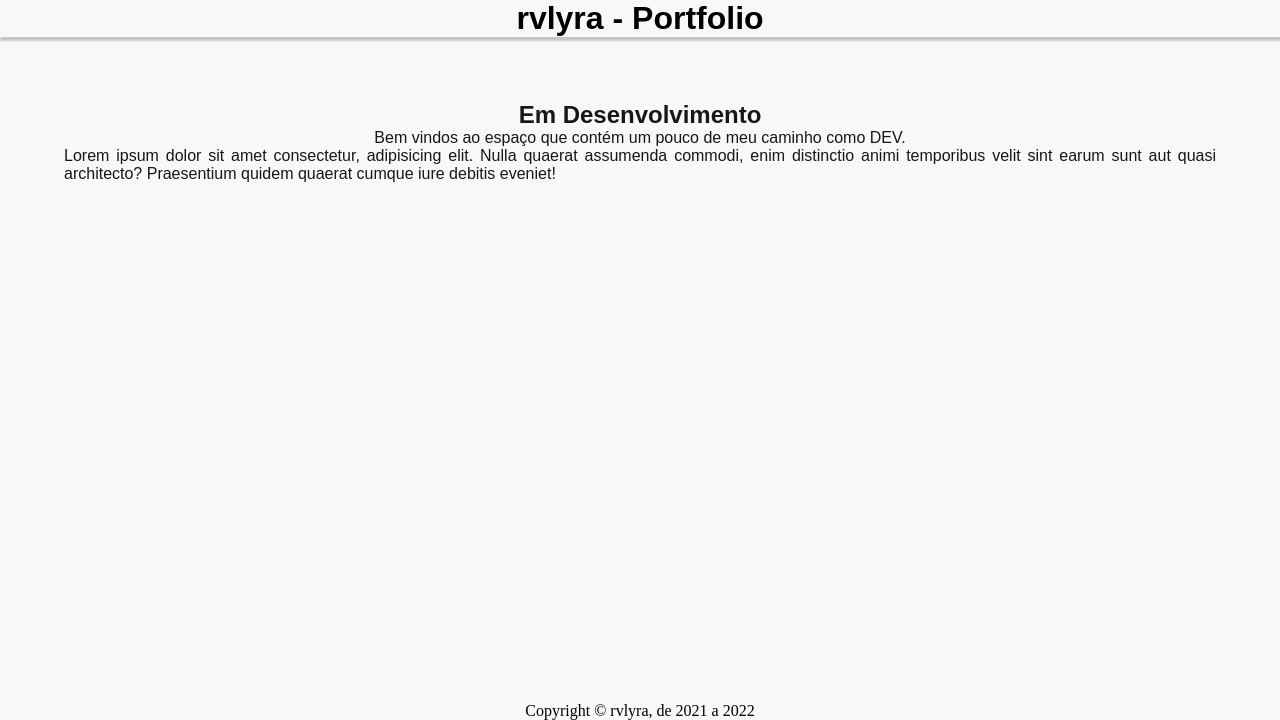
Repository: rvlyra/splash-screen-rvlyra
Page: Portfolio-RVLYRA/public/index.html
These files come from the project's save history. The page is drawn as it stood at one moment and after the next save; the edit follows.
The browser window is 1280 px wide. The pictures show the whole page.
Some web fonts or font styles are not loaded; a fallback is used.

Above is the page before, as saved 2022-07-06 09:37:25.

### Portfolio-RVLYRA/public/index.html
<!DOCTYPE html>
<html lang="en">
<head>
    <meta charset="UTF-8">
    <meta http-equiv="X-UA-Compatible" content="IE=edge">
    <meta name="viewport" content="width=device-width, initial-scale=1.0">
    <link rel="stylesheet" href="../assets/src/css/rl.main.css">
    <title>rvlyra @ Portfolio</title>
</head>
<body>
    <main>

        <header class="header">
            <h1>rvlyra - Portfolio</h1>
        </header>

        <section class="sec-one">
            <h2>Em Desenvolvimento</h2>
            <p>Bem vindos ao espaço que contém um pouco de meu caminho como DEV.</p>
            <p>Lorem ipsum dolor sit amet consectetur, adipisicing elit. Nulla quaerat assumenda commodi, enim distinctio animi temporibus velit sint earum sunt aut quasi architecto? Praesentium quidem quaerat cumque iure debitis eveniet!</p>
        </section>
        <section></section>
        <section></section>


    </main>
    <footer class="footer">
        <p>Copyright © rvlyra, de 2021 a <span id="ano"></span></p>
    </footer>


      <script src="../assets/src/js/rl.main.js"></script>
</body>
</html>

### Portfolio-RVLYRA/assets/src/css/rl.main.css
@import url('https://fonts.googleapis.com/css2?family=Mingzat&display=swap');

* {
    margin: 0;
    padding: 0;
    box-sizing: border-box;
}

.header {
    font-family: 'Mingzat', sans-serif;
    display:flex;
    justify-content:center;
    align-items:center;
    box-shadow: 2px 2px 2px 2px rgba(0, 0, 0, 0.2);
}

main {
    background-color: rgb(248, 248, 247);
    width:100vw;
    height:100vh;
}

.sec-one {
    font-family: 'Mingzat', sans-serif;
    display:flex;
    justify-content:space-evenly;
    align-items:center;
    flex-direction: column;
    color: rgb(24, 23, 23);
    text-align: justify;
    margin: 5%;

}

.footer {
    width: 100%;
    bottom: 0;
    position: fixed;
    text-align: center;
}

### Portfolio-RVLYRA/assets/src/js/rl.main.js
const ano = document.getElementById("ano");
const anoAtual = new Date();
ano.innerHTML = anoAtual.getFullYear();

After the next save:
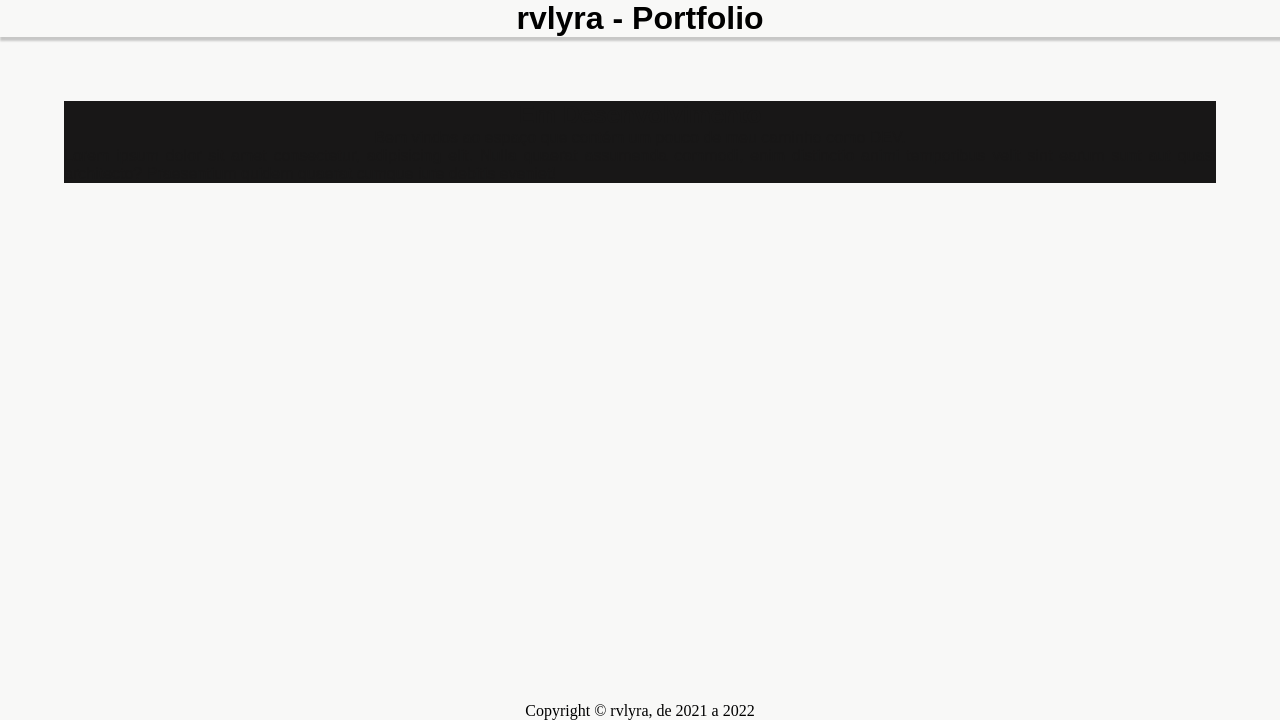
Saved 22 s later.
--- a/Portfolio-RVLYRA/assets/src/css/rl.main.css
+++ b/Portfolio-RVLYRA/assets/src/css/rl.main.css
@@ -30,6 +30,8 @@ main {
     text-align: justify;
     margin: 5%;
 
+    background-color:rgb(24, 23, 23);
+
 }
 
 .footer {
